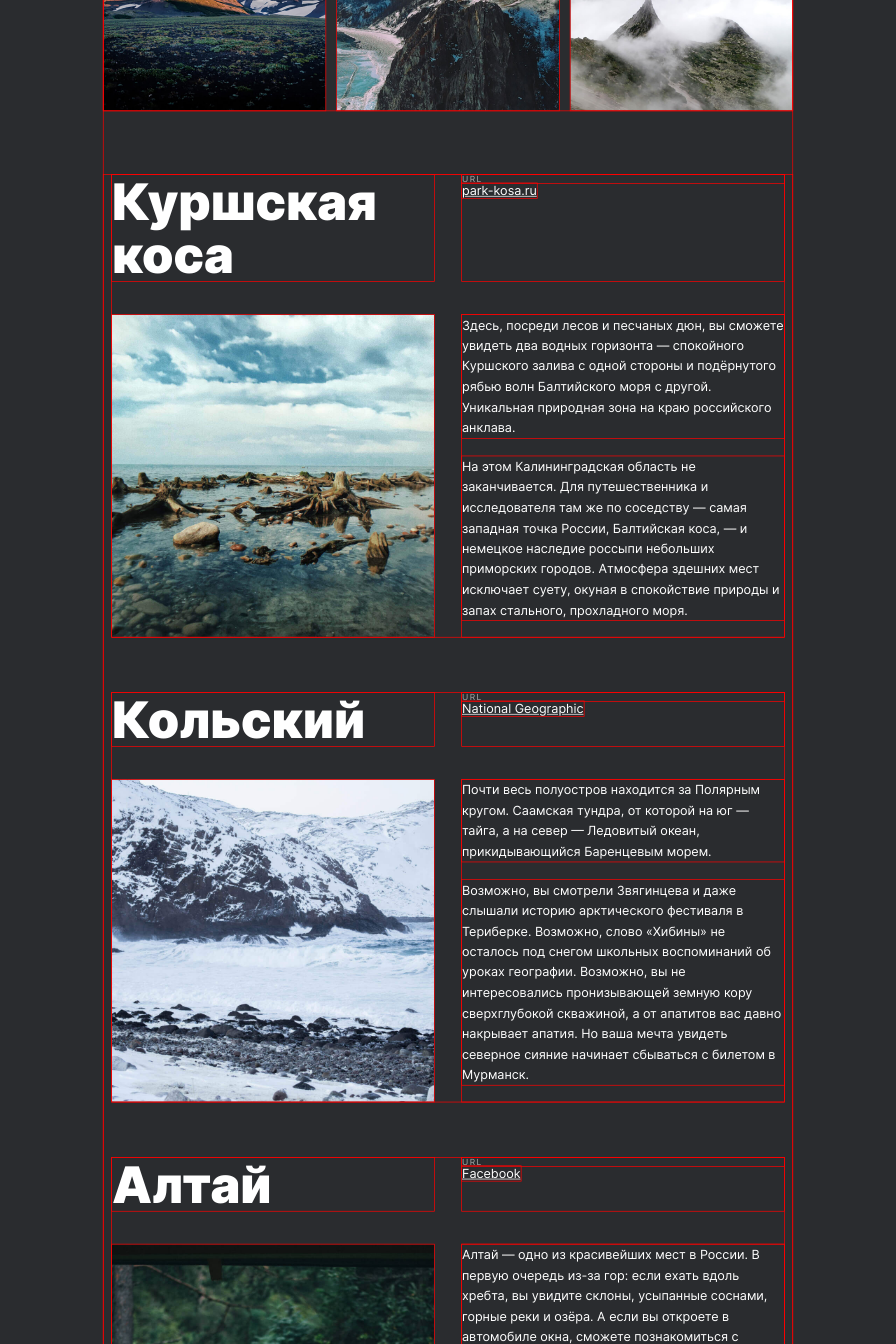
Repository: 89373611988/russia-travel
Page: index.html
These files come from the project's save history. The page is drawn as it stood at one moment and after a run of saves; the edit follows.
The browser window is 1280 px wide. The pictures show the part of the page from y = 2597 to 4517 px (the page is 7205 px tall), at 70% of full size.

Above is the page before, as saved 2021-12-22 21:12:44.

After the next 8 saves:
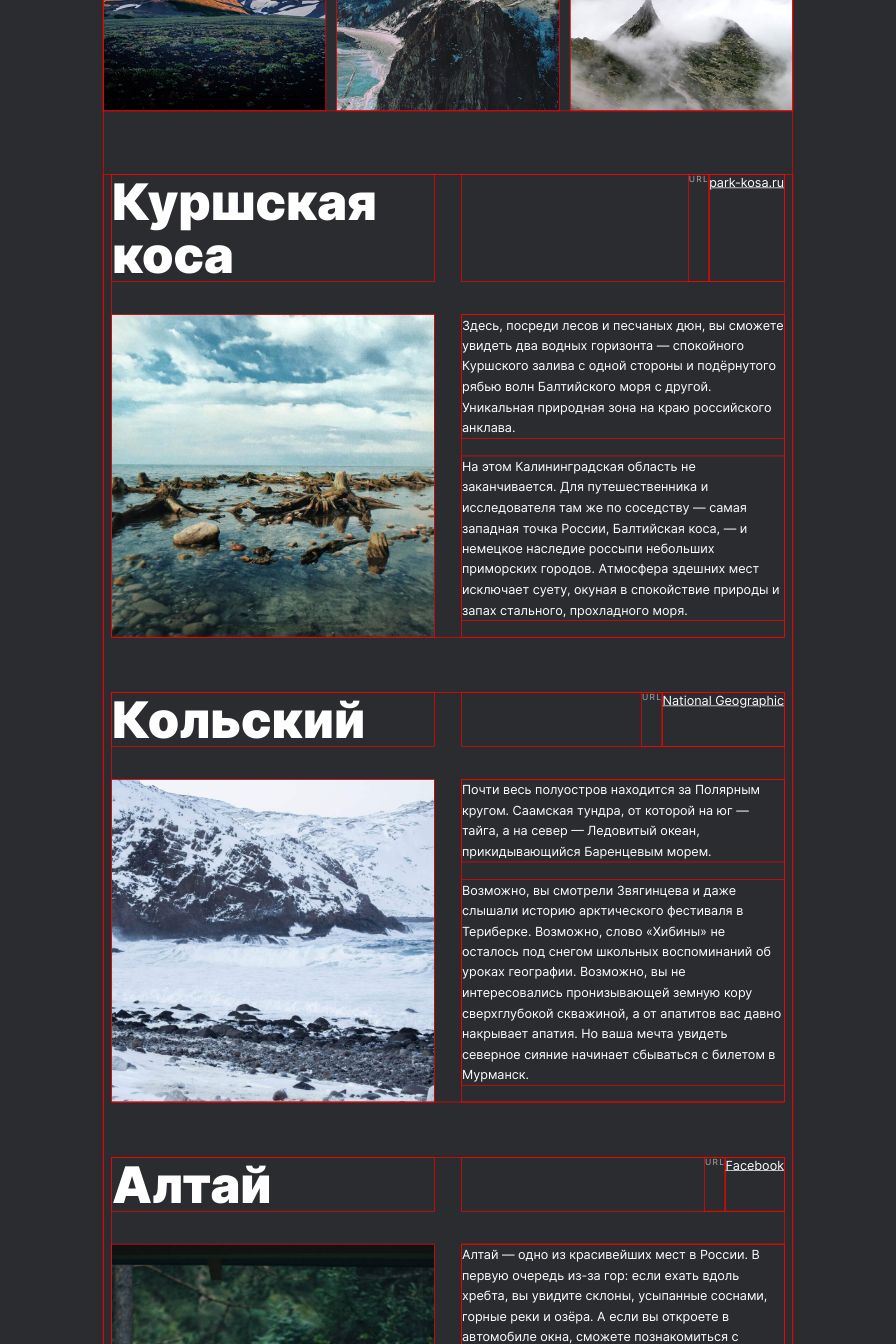
The 8 saves are shown as one change because they came seconds apart.
The last was saved 63 s later.
--- a/blocks/place/__website/place__website.css
+++ b/blocks/place/__website/place__website.css
@@ -1,3 +1,4 @@
 .place__website {
-
+  display: flex;
+  justify-content: flex-end;
 }
